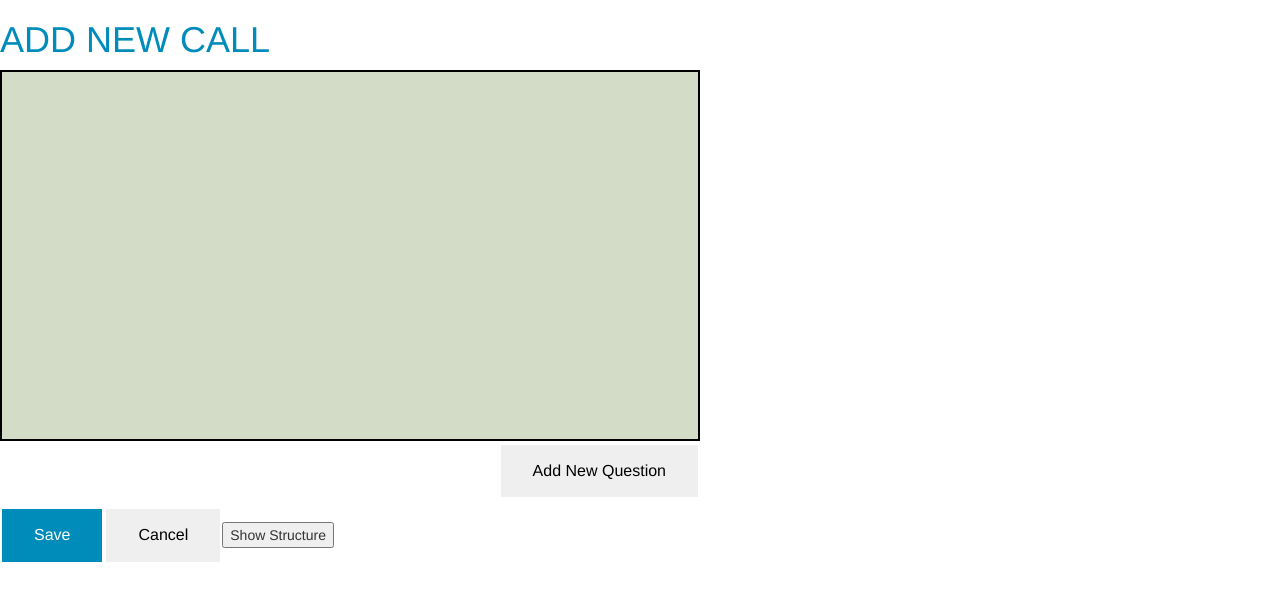
Repository: useforprashant/assignment
Page: http://localhost/springProject/home
These files come from the project's save history. The page is drawn as it stood at one moment and after the next save; the edit follows.
The browser window is 1280 px wide. The pictures show the whole page.
Some web libraries are served in a nearby version. The page is served by Tomcat 9. Other server files are loaded and not shown.

Above is the page before, as saved 2017-08-17 06:12:05.

### AugustDemo/springProject/src/main/webapp/WEB-INF/pages/home.jsp
<%@ page language="java" contentType="text/html; charset=ISO-8859-1"
    pageEncoding="ISO-8859-1"%>
<!DOCTYPE html PUBLIC "-//W3C//DTD HTML 4.01 Transitional//EN" "http://www.w3.org/TR/html4/loose.dtd">
<html>
<head>
<meta http-equiv="Content-Type" content="text/html; charset=ISO-8859-1">
<title>Assignment</title>

<script src="http://code.jquery.com/jquery-1.11.0.min.js"></script>
 <link rel="stylesheet" href="https://maxcdn.bootstrapcdn.com/bootstrap/3.3.7/css/bootstrap.min.css">
<script>

var count =1;

$(document).ready(function() {

	//$('#showTree').hide();
	$('#treeView').hide();

	  $('.button_add_new_ques').click(function() {
		  $('#inner-rightTree').empty();
		  idd=count;
	    $('#inner-right').append($('<div class="inner_d" id="inner_div_'+count+'"></div>')).append(('<input type="text" style="padding-top: 10px;	border-radius: 10px; margin-bottom: 5px;" size="50" value="" class"assn" name="q_'+idd+'" id="q_'+idd+'">'),$('<select onchange="cq(this.value,this.id)" type="select"  id="dd_'+idd+'">').append('<option value="">'+'Select Choice</option>', '<option value="1">'+'Single Choice</option>','<option value="2">'+'Multiple Choice</option>' ,'<option value="3">'+'Multi-Line Text</option>'));
	    count++;
	    return false;
	  });

	  $(document).on('click', '.person', function() {
	    $(this).children('p').toggle('slow');
	  });

	   $('#save').click(function(){
		   var datastring = $("#myFm").serialize();
		/*    var idNdVal = datastring.split("&");
		  var sl = idNdVal.length;
		  jsonObj = [];
		  for(i=0;i<sl;i++){
			  var idvl= idNdVal[i].split("=");

			  var id = idvl[0];
		        var val1 = idvl[1];
			      item = {}
		        item ["id"] = id;
		        item ["value"] = val1;

		        jsonObj.push(item);

		  } */
	     $.ajax({
               type: "POST",
               url: "saveValue",
               data: {
            	   datastring : datastring
               },

               success: function(data) {
                    alert(data);
                    if(data == "data inserted successfully"){
               	     $('#inner-right').empty();
               	  $('#showTree').show();
               		  }
               }
           });

	  });

	  $('#showTree').click(function(){
		  $('#inner-rightTree').empty();
		  $('#treeView').show();
		  $.ajax({
              type: "GET",
              url: "getValues",

              success: function(data) {
            	var totalObject = data.split('N');
            	var lngth = parseInt(totalObject.length)-1;
            	countout=0;
            	countin = 0;
                  for(i=0; i<lngth;i++){
                	  var obj = totalObject[i];
                	  var values = obj.split('and');
                	  var idSplit = values[0].split('_');
                	  var clsID = values[0].split(':');
                	  var ids = values[0].split(':');

                	  if(idSplit.length == 2){
                		  countout++;
                		 var val1 = values[1].split(':');
                		  $('#inner-rightTree').append('<ul class="tree" id="ul_'+countout+'"> <span class="glyphicon glyphicon-plus"></span><span class="tab">'+val1[1]+'</span></ul>');
                	  }
                	  else{
                		  var type = values[2].split(':');
                		  var x = type[1];
                		  var cls = "u_"+idSplit[1];
                		  if(x == 1){
                			 ct = countout;
                			 countout++;
                			  var val1 = values[1].split(':');
                			$("#ul_"+ct).append('<ul class="tree" id="ul_'+countout+'"> <span class="glyphicon glyphicon-plus"></span><span class="tab">'+val1[1]+'</span></ul>');
                    	  }
                		  else{
                		  var val1 = values[1].split(':');
                		  $("#ul_"+countout).append('<li><span class="tab">'+val1[1]+'</span></li>');
                		  }
                		  }
                  }

              }
          });
	  });

	   /*  $("form").submit(function() {
	    	alert('save');
		   var urlVal = document.forms["myFm"].submit();
			alert(urlVal);
		  return false;
	    });
 */

 $('#cancel').click(function(){
	 if (confirm("Are you sure for cancel this survey without save?"))
		{
		 $('#inner-right').empty();
		}

 });

});

function sq(val,id){
	var idd1 = id.split('_');
	var idd2 = idd1[1];
	var idd = id.substring(3);
	/*  $('#inner_div_'+idd2+'').append($('<div class="inner_d" id="inner_div_'+count+'"></div>')).append(('<input type="text" style="padding-top: 10px;	border-radius: 10px; margin-bottom: 5px;" size="50" value="" name="q_'+idd+'" id="q_'+idd+'">'),$('<select onchange="cq(this.value,this.id)" type="select"  id="dd_'+idd+'">').append( '<option value="1">'+'Single Choice</option>','<option value="2">'+'Multiple Choice</option>' ,'<option value="3">'+'Multi-Line Text</option>')); */
	 $('#'+id).after(('<input type="text" style="padding-top: 10px;	border-radius: 10px; margin-bottom: 5px; margin-left: 5px;" size="50" value="" class"assn" name="q_'+idd+'" id="q_'+idd+'_1">'),$('<select onchange="cq(this.value,this.id)" type="select"  id="dd_'+idd+'">').append( '<option value="">'+'Select Choice</option>','<option value="1">'+'Single Choice</option>','<option value="2">'+'Multiple Choice</option>' ,'<option value="3">'+'Multi-Line Text</option>'));

	    return false;

}

function cq(val,id){

	var idd = id.substring(3);

	if(val==1){
		$('#'+id).after(('<input type="text" style="padding-top: 10px;	border-radius: 10px; margin-bottom: 5px; margin-left: 5px;" size="50" value="" class="assn" name="a_'+idd+'_1" id="a_'+idd+'_1">'),$('<button onclick="sq(this.value,this.id)" type="button" class="button_add_sub_ques"  id="sq_'+idd+'_1">Add Sub Question</button>'));
}
	if(val==2){
		$('#'+id).after('<input type="text" style="padding-top: 10px;	border-radius: 10px; margin-bottom: 5px; margin-left: 5px;" size="50" value="" class="assn" name="a_'+idd+'_5" id="a_'+idd+'_5">');
		$('#'+id).after('<input type="text" style="padding-top: 10px;	border-radius: 10px; margin-bottom: 5px; margin-left: 5px;" size="50" value="" class="assn" name="a_'+idd+'_4" id="a_'+idd+'_4">');
		$('#'+id).after('<input type="text" style="padding-top: 10px;	border-radius: 10px; margin-bottom: 5px; margin-left: 5px;" size="50" value="" class="assn" name="a_'+idd+'_3" id="a_'+idd+'_3">');
		$('#'+id).after('<input type="text" style="padding-top: 10px;	border-radius: 10px; margin-bottom: 5px; margin-left: 5px;" size="50" value="" class="assn" name="a_'+idd+'_2" id="a_'+idd+'_2">');
		$('#'+id).after('<input type="text" style="padding-top: 10px;	border-radius: 10px; margin-bottom: 5px; margin-left: 5px;" size="50" value="" class="assn" name="a_'+idd+'_1" id="a_'+idd+'_1">');
	}
	if(val==3){
		$('#'+id).after(('<textarea style="padding-top: 10px;	border-radius: 10px; margin-bottom: 5px; margin-left: 5px; width: 438px;" value="" class="assn" name="a_'+idd+'_1" id="a_'+idd+'_1">'));
	}

}
function createJSON() {
	  jsonObj = [];
    $("input[class=assn]").each(function() {
    	alert("Json");

        var id = $(this).attr("title");
        var assn = $(this).val();

        item = {}
        item ["title"] = id;
        item ["value"] = assn;

        jsonObj.push(item);

    });

    console.log(jsonObj);
}


</script>
<style>


h1 {
    orphans: 3;
    widows: 3;
  color: #008CBA;
  }

  html, body {
    height: 90%;
}

.inner_d{
 margin-left: 20px;
}

#wrapper {
    height: 100%;
    display: table;
    width: 700px;
}
#header, #footer {
    display: table-row;
    height: 20px;
}
#body {
    height: 70%;
    display: table-row;
    background: rgba(211, 220, 198, 1);
}
#left-col, #right-col {
    display: inline-block;
    width: 100%;
    height: 100%;
    max-height: 100%;
    margin-right: 20px;
    border: 2px black solid;
    vertical-align: top;
    overflow: hidden;
}
#inner-right {
    height: 500%;
    max-height: 500px;
    overflow-y: scroll;
    background: rgba(211, 220, 198, 1);
}

.button_save {
    background-color: #008CBA;
    border: none;
    color: white;
    padding: 15px 32px;
    text-align: center;
    text-decoration: none;
    display: inline-block;
    font-size: 16px;
    margin: 4px 2px;
    cursor: pointer;
}

.button_cancel {
   /*  background-color: #008CBA; */
    border: none;
    color: black;
    padding: 15px 32px;
    text-align: center;
    text-decoration: none;
    display: inline-block;
    font-size: 16px;
    margin: 4px 2px;
    cursor: pointer;
}

.button_add_new_ques {
   /*  background-color: #008CBA; */
    border: none;
    color: black;
    padding: 15px 32px;
    text-align: center;
    text-decoration: none;
    display: inline-block;
    font-size: 16px;
    margin: 4px 2px;
    cursor: pointer;
}

.button_add_sub_ques {
    background: rgba(211, 220, 198, 1);
    border: none;
    color: black;
    padding: 15px 32px;
    text-align: center;
    text-decoration: none;
    display: inline-block;
    font-size: 16px;
    margin: 4px 2px;
    cursor: pointer;
}

#wrapperTree {
    height: 100%;
    display: table;
    width: 700px;
}
#headerTree, #footerTree {
    display: table-row;
    height: 20px;
}
#bodyTree {
    height: 70%;
    display: table-row;
    background: rgba(211, 220, 198, 1);
}
#left-colTree, #right-colTree {
    display: inline-block;
    width: 100%;
    height: 100%;
    max-height: 100%;
    margin-right: 20px;
    border: 2px black solid;
    vertical-align: top;
    overflow: hidden;
}
#inner-rightTree {
    height: 100%;
    max-height: 700px;
    overflow-y: scroll;
    background: rgba(211, 220, 198, 1);
}

.button_ok {
    background-color: #008CBA;
    border: none;
    color: white;
    padding: 15px 32px;
    text-align: center;
    text-decoration: none;
    display: inline-block;
    font-size: 16px;
    margin: 4px 2px;
    cursor: pointer;
}
</style>
</head>
<body>
<form style="height: 500px;" id="myFm" name="myForm"  action="">
<h1>ADD NEW CALL</h1>

<div id="wrapper">

    <div id="body">

        <div id="right-col">

            <div id="inner-right">


              </div>
        </div>
    </div>
    <div id="footer">
<button type="button" style="float: right;"  class="button_add_new_ques">Add New Question</button>
</div>
    <div id="footer">


<button type="button" id="save" class="button_save">Save</button>
<!-- <input type="submit" class="button_save" value="save"  /> -->
<button type="button" id="cancel" class="button_cancel">Cancel</button>

<button type="button" id="showTree" class="show_tree">Show Structure</button>
</div>
</div>

</form>

<br><br><br>
<div id="treeView">
<form style="height: 700px;" id="myFm1" name="myForm1"  action="">
<h1>Tree View</h1>

<div id="wrapperTree">

    <div id="bodyTree">

        <div id="right-colTree">

            <div id="inner-rightTree">


              </div>
        </div>
    </div>
    <div id="footerTree">
<button type="button" style="float: right;"  class="button_ok">OK</button>
</div>

</div>

</form>
</div>
</body>
</html>

After the next save:
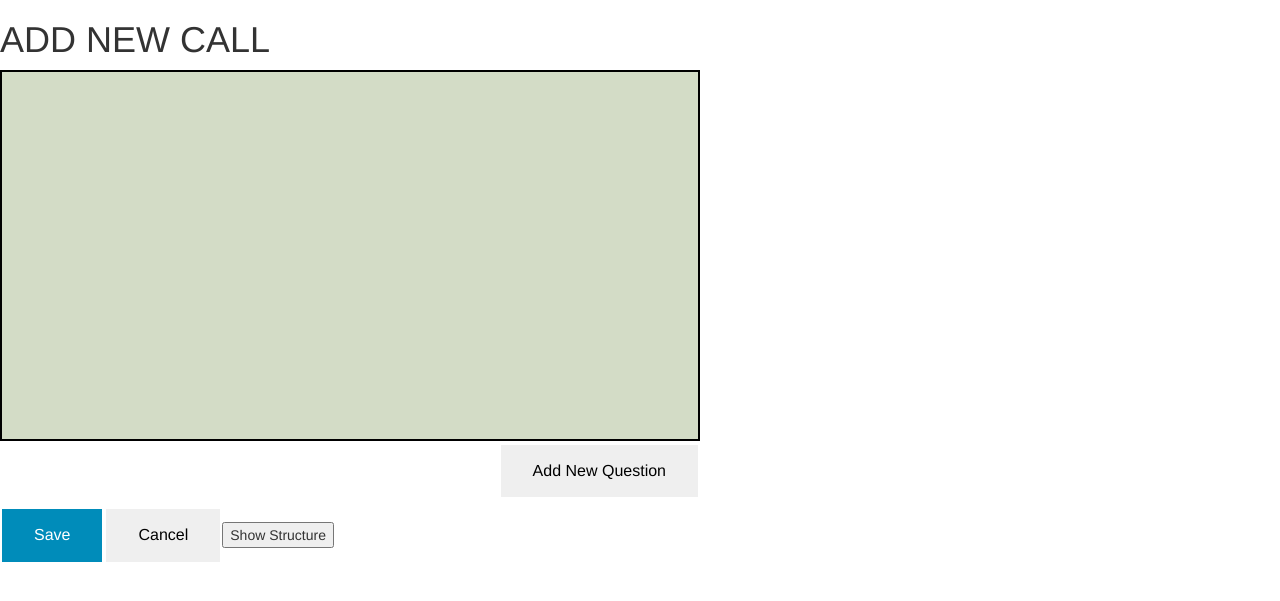
Saved 10 s later.
--- a/AugustDemo/springProject/src/main/webapp/WEB-INF/pages/home.jsp
+++ b/AugustDemo/springProject/src/main/webapp/WEB-INF/pages/home.jsp
@@ -180,7 +180,7 @@
 </script>
 <style>
 
-
+list-style-type:none;
 h1 {
     orphans: 3;
     widows: 3;

After the save that followed:
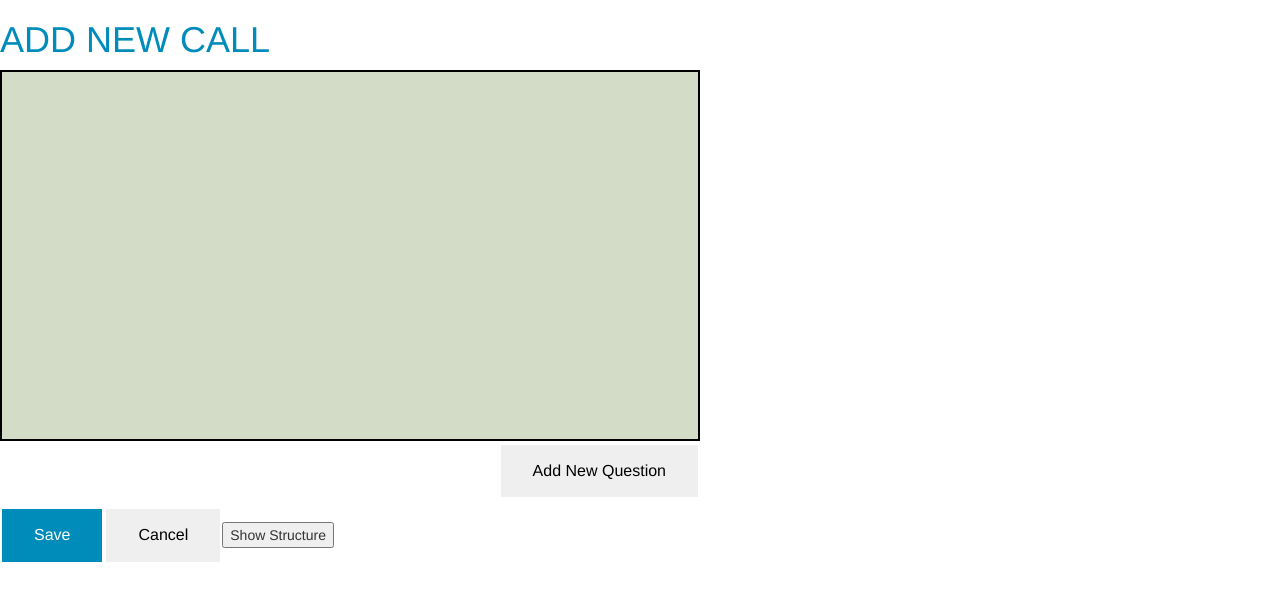
Saved 42 s later.
--- a/AugustDemo/springProject/src/main/webapp/WEB-INF/pages/home.jsp
+++ b/AugustDemo/springProject/src/main/webapp/WEB-INF/pages/home.jsp
@@ -180,7 +180,9 @@
 </script>
 <style>
 
-list-style-type:none;
+li {
+  padding-left: 2em;
+}
 h1 {
     orphans: 3;
     widows: 3;
